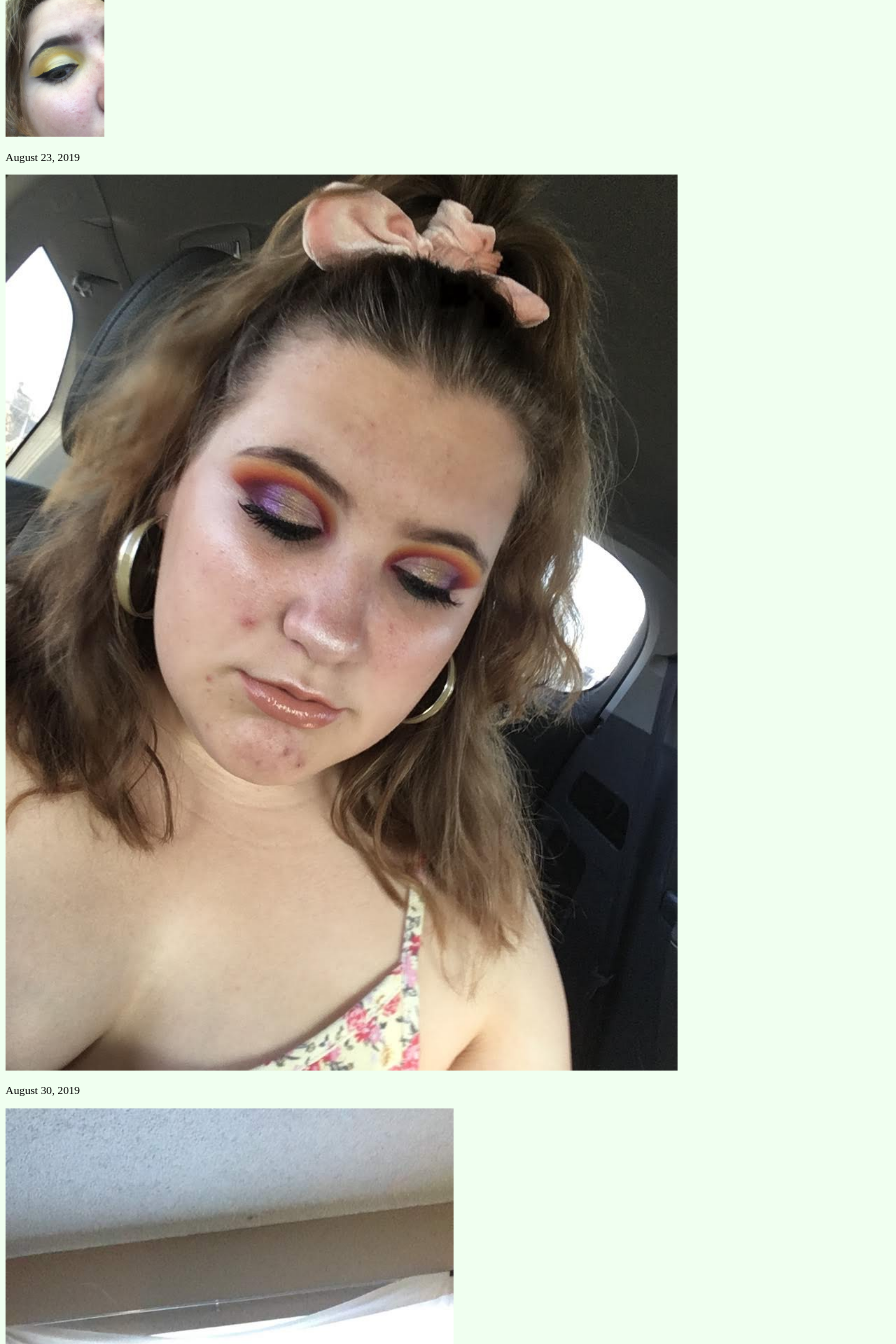
Repository: EMcmurray1862/emcmurray1862.github.io
Page: my_website/makeup.html
The author's editor kept a record of every edit. The page is drawn from the files as they stood at one moment, then again after the next edit.
The browser window is 1280 px wide. The pictures show the part of the page from y = 1158 to 3078 px (the page is 6914 px tall before and 5884 px after), at 70% of full size.

Above is the page before.

After the next edit:
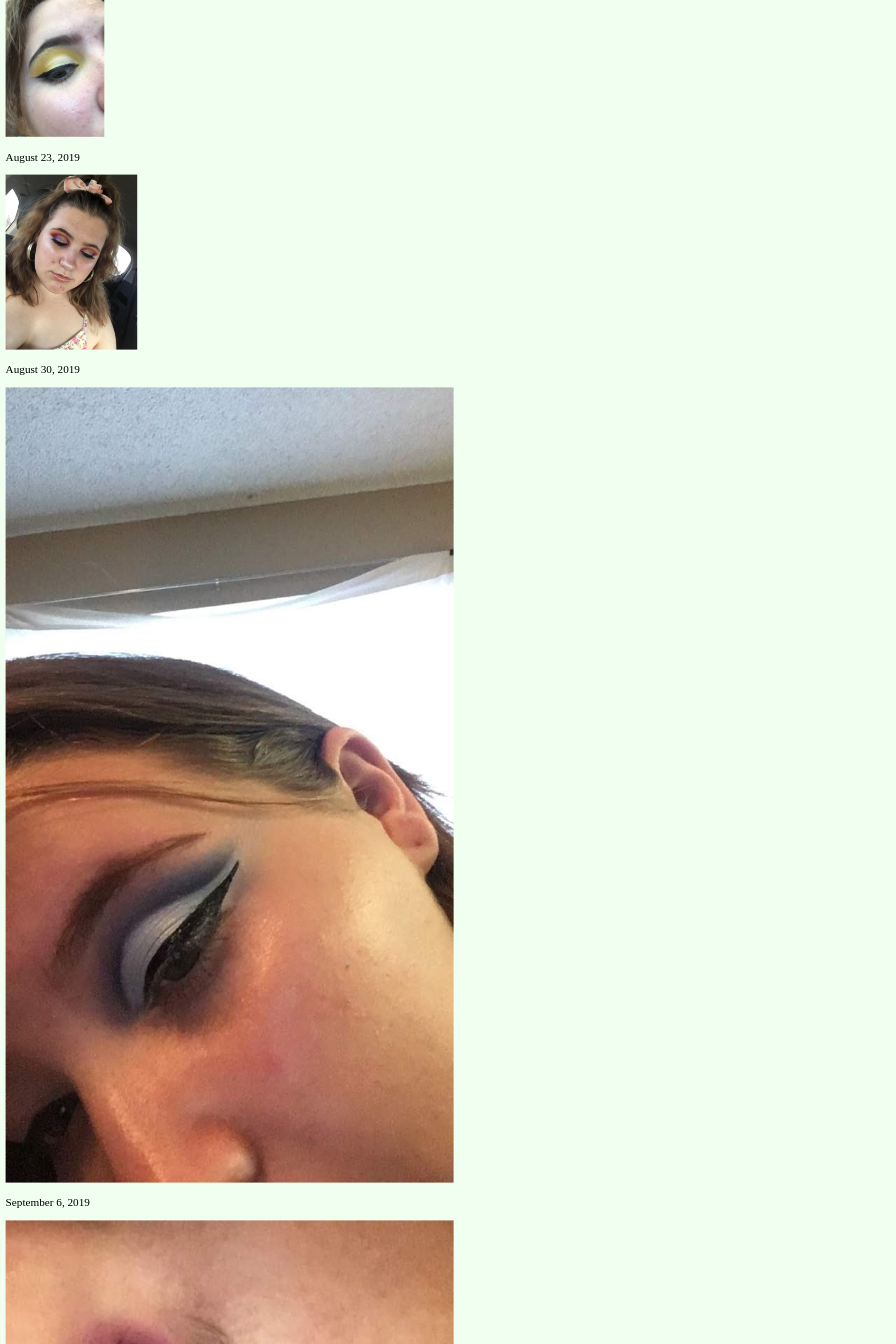
The edit:
--- a/my_website/makeup.html
+++ b/my_website/makeup.html
@@ -20,7 +20,7 @@
     <p>August 2, 2019</p>
     <img src="images/yellow_cutcrease.jpg" height="250">
     <p>August 23, 2019</p>
-    <img src="images/purple_yellow_fair.jpg">
+    <img src="images/purple_yellow_fair.jpg" height="250">
     <p>August 30, 2019</p>
     <img src="images/blue_cutcrease.jpg">
     <p>September 6, 2019</p>
